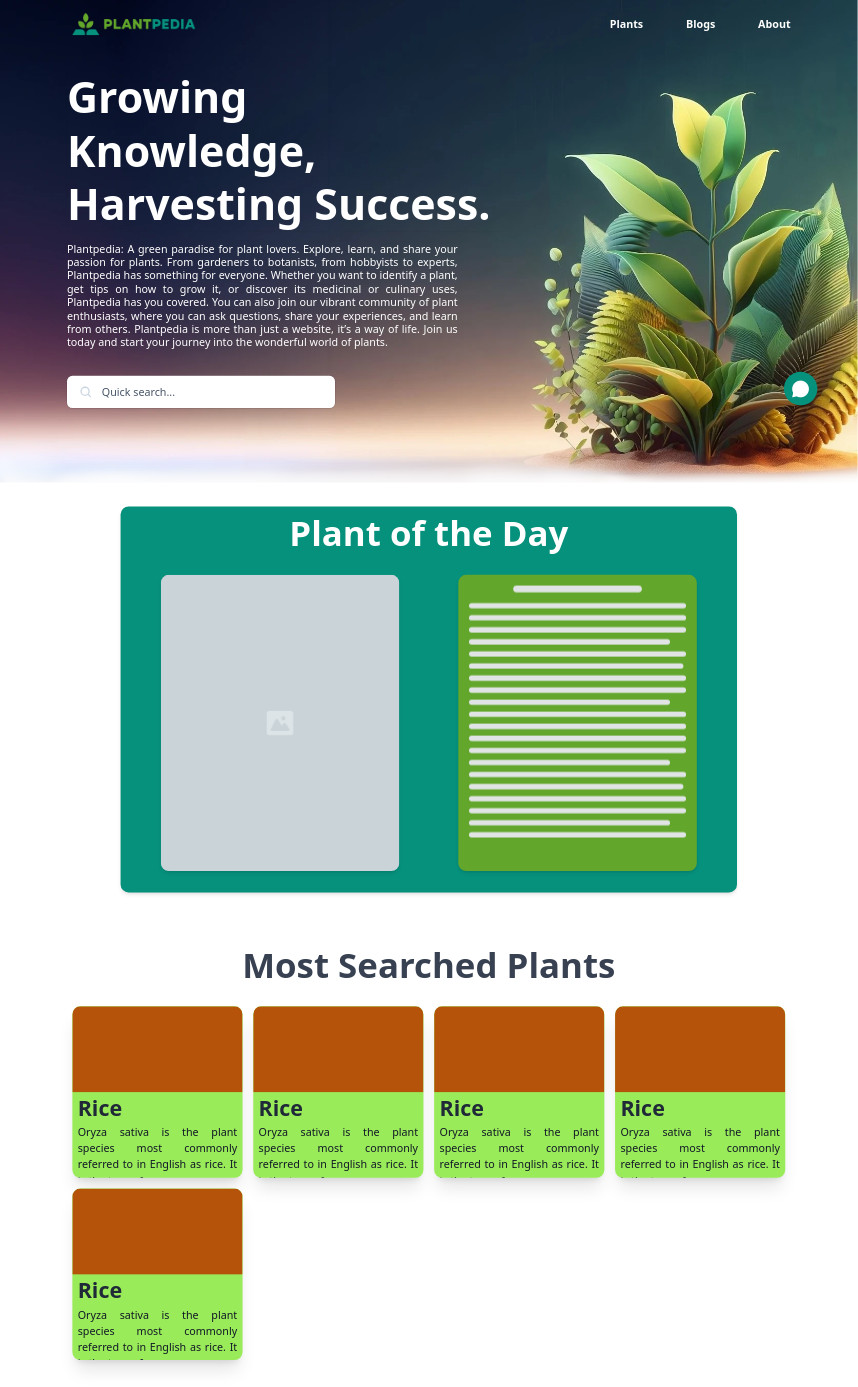
Repository: silham/PlantPedia
Page: /test/home
An editor plug-in stored every save of this project. The page is shown before and after the next save, followed by the edit.
The browser window is 1280 px wide. The pictures show the whole page, at 67% of full size.
The page's requests for data from a server got no answer. The project was rebuilt for these pictures with package versions that can differ from the ones it lists, and the page was loaded fresh each time. The framework's server and built-in components were replaced by stand-ins that run in the browser. No one was signed in, and anything a server would have sent is missing. Also part of the build but not shown: next.config.js, app/components/SearchBox.css, app/test/Chat/style.css, app/utils/Formatter.ts.

Above is the page before, as saved 2023-10-16 16:23:39.

### app/layout.tsx
import "./globals.css";
import "remixicon/fonts/remixicon.css";
import type { Metadata } from "next";

export const metadata: Metadata = {
  title: "Plantpedia",
  description: "Growing knowledge, harvesting success",
};

export default function RootLayout({
  children,
}: {
  children: React.ReactNode;
}) {
  return (
    <html lang="en">
      <head>
        <meta
          name="format-detection"
          content="telephone=no, date=no, email=no, address=no"
        />
      </head>
      <body>{children}</body>
    </html>
  );
}

### app/test/home/page.tsx
import Image from "next/image";
import Link from "next/link";
import "./styles.css";
import { MainSearchBtn, SideSearchBtn } from "./SearchBtns";
import PlantOfDay from "./PlantOfDay";
import Chat from "../Chat/Chat";
import TrendingTopics from "./TrendingTopics";

const Home = () => {
  return (
    <>
      <section className="h-[100vh] w-[100vw] px-[100px] hero bg-cover text-white">
        <header className="h-[10vh] w-full flex justify-between py-2 items-center">
          <div className="h-full flex items-center justify-center">
            <Image src="/plantpedia.png" width={200} height={90} alt="logo" />
          </div>
          <nav className="flex justify-between text-[16px] font-semibold text-white w-[25%]">
            <Link href="/plants">Plants</Link>
            <Link href="/blogs">Blogs</Link>
            <Link href="/about#">About</Link>
          </nav>
        </header>
        <div className="w-[60%] h-full">
          <div className="flex flex-col justify-center h-full">
            <h2 className="text-[64px] font-extrabold leading-tight shadow-sm mb-4 -mt-[150px]">
              Growing Knowledge,
              <br />
              Harvesting Success.
            </h2>
            <h4 className="text-[16px] text-justify leading-tight w-[90%] mb-10">
              Plantpedia: A green paradise for plant lovers. Explore, learn, and
              share your passion for plants. From gardeners to botanists, from
              hobbyists to experts, Plantpedia has something for everyone.
              Whether you want to identify a plant, get tips on how to grow it,
              or discover its medicinal or culinary uses, Plantpedia has you
              covered. You can also join our vibrant community of plant
              enthusiasts, where you can ask questions, share your experiences,
              and learn from others. Plantpedia is more than just a website,
              it’s a way of life. Join us today and start your journey into the
              wonderful world of plants.
            </h4>
            <MainSearchBtn />
          </div>
        </div>
      </section>

      <section className="w-[100vw] px-[180px]">
        <PlantOfDay />
      </section>

      <section className="w-[100vw] px-[100px]">
        <TrendingTopics />
      </section>
      <SideSearchBtn />
      <Chat />
    </>
  );
};

export default Home;

### app/globals.css
@import url("https://fonts.googleapis.com/css2?family=Inter:wght@400;500;600&family=Poppins:wght@400;500;600&display=swap");
@tailwind base;
@tailwind components;
@tailwind utilities;

body {
  padding: 0;
  margin: 0;
  max-width: 100vw;
  overflow-x: hidden;
}

@layer utilities {
  .animation-delay-200 {
    animation-delay: 0.2s;
  }
  .animation-delay-400 {
    animation-delay: 0.4s;
  }
}

.circle {
  @apply w-2 h-2 mx-1 mb-0.5 mt-1 bg-gray-500 rounded-full;
}

### app/test/home/styles.css
.hero {
  background-image: url("/hero-bg.png");
}

.animate-sideSearchBtn-in {
  animation: animation-search-in 500ms ease-in forwards;
}

@keyframes animation-search-in {
  0% {
    opacity: 0;
    right: 0;
  }
  100% {
    opacity: 1;
    right: 60px;
  }
}

.animate-sideSearchBtn-out {
  animation: animation-search-out 500ms ease-out forwards;
}

@keyframes animation-search-out {
  0% {
    opacity: 1;
    right: 60px;
  }
  100% {
    opacity: 0;
    right: 0;
  }
}

### app/test/home/SearchBtns.tsx
"use client";
import SearchBox from "@/app/components/SearchBox";
import { useEffect, useRef } from "react";
import "./styles.css";

export const MainSearchBtn: React.FC = () => {
  const overlayRef = useRef<HTMLDivElement>(null);

  // This function is called when the "Start Searching" button gets clicked
  const openSearch = () => {
    if (overlayRef.current) {
      overlayRef.current.style.width = "100%";
    }
  };

  // This function is called when the "Close" button is clicked
  const closeSearch = () => {
    if (overlayRef.current) {
      overlayRef.current.style.width = "0%";
    }
  };
  return (
    <>
      <div>
        <button
          onClick={openSearch}
          type="button"
          className="hidden sm:flex items-center w-[400px] text-left space-x-3 px-4 h-12 bg-white ring-1 ring-slate-900/10 hover:ring-slate-300 focus:outline-none focus:ring-2 focus:ring-sky-500 shadow-sm rounded-lg text-slate-600"
        >
          <svg
            width="24"
            height="24"
            fill="none"
            stroke="currentColor"
            strokeWidth="2"
            strokeLinecap="round"
            strokeLinejoin="round"
            className="flex-none text-slate-300 dark:text-slate-400"
            aria-hidden="true"
          >
            <path d="m19 19-3.5-3.5"></path>
            <circle cx="11" cy="11" r="6"></circle>
          </svg>
          <span className="flex-auto">Quick search...</span>
        </button>
      </div>
      {/* The search overlay */}
      <div
        ref={overlayRef}
        className="flex h-[100vh] max-h-[100vh] w-0 fixed top-0 left-0 bg-black bg-opacity-90 duration-500 overflow-hidden z-10 "
      >
        <button
          className="absolute top-[20px] right-10 text-[60px] border-none bg-transparent cursor-pointer text-white"
          onClick={closeSearch}
        >
          &times;
        </button>
        <div className="relative top-[15%] w-full text-center mt-[30px] ">
          <SearchBox
            props={{
              n: 8,
              content: "",
              className:
                "relative w-[88%] flex justify-between items-center mx-[80px] rounded-full bg-[#EEF5B1] text-black",
              classNameUl:
                "absolute top-full left-0 right-0 z-10 bg-[#EEF5B1] rounded-lg shadow-lg overflow-hidden mt-[3px]",
              classNameLi: "border-b-[1px] border-gray-400",
              classNameLink:
                "px-4 py-2 hover:bg-gray-400 transition-colors flex flex-row justify-between items-center",
            }}
          />
        </div>
      </div>
    </>
  );
};

export const SideSearchBtn: React.FC = () => {
  const overlayRef = useRef<HTMLDivElement>(null);

  // This function is called when the "Start Searching" button gets clicked
  const openSearch = () => {
    if (overlayRef.current) {
      overlayRef.current.style.width = "100%";
    }
  };

  // This function is called when the "Close" button is clicked
  const closeSearch = () => {
    if (overlayRef.current) {
      overlayRef.current.style.width = "0%";
    }
  };
  useEffect(() => {
    const handleScroll = () => {
      const sideSearchBtn = document.getElementById("sideSearchBtn");
      var vh = window.innerHeight;
      var scrollHeight = window.scrollY;
      if (
        scrollHeight < vh * 0.2 &&
        sideSearchBtn?.classList.contains("animate-sideSearchBtn-in")
      ) {
        sideSearchBtn.classList.remove("animate-sideSearchBtn-in");
        sideSearchBtn.classList.add("animate-sideSearchBtn-out");
      }
      if (scrollHeight >= vh * 0.2) {
        sideSearchBtn?.classList.remove("animate-sideSearchBtn-out");
        sideSearchBtn?.classList.add("animate-sideSearchBtn-in");
      }
    };

    window.addEventListener("scroll", handleScroll);

    // Cleanup function to remove the event listener
    return () => {
      window.removeEventListener("scroll", handleScroll);
    };
  }, []); // Empty dependency array means this effect runs once on mount and cleanup on unmount

  return (
    <>
      <div
        id="sideSearchBtn"
        className="fixed bottom-[50px] right-0 opacity-0 rounded-full bg-custom-blue-green shadow-xl w-[50px] h-[50px] flex items-center justify-center cursor-pointer"
        onClick={openSearch}
      >
        <i className="text-[24px] text-white ri-search-2-line"></i>
      </div>
      {/* The search overlay */}
      <div
        ref={overlayRef}
        className="flex h-[100vh] max-h-[100vh] w-0 fixed top-0 left-0 bg-black bg-opacity-90 duration-500 overflow-hidden z-10 "
      >
        <button
          className="absolute top-[20px] right-10 text-[60px] border-none bg-transparent cursor-pointer text-white"
          onClick={closeSearch}
        >
          &times;
        </button>
        <div className="relative top-[15%] w-full text-center mt-[30px] ">
          <SearchBox
            props={{
              n: 8,
              content: "",
              className:
                "relative w-[88%] flex justify-between items-center mx-[80px] rounded-full bg-[#EEF5B1] text-black",
              classNameUl:
                "absolute top-full left-0 right-0 z-10 bg-[#EEF5B1] rounded-lg shadow-lg overflow-hidden mt-[3px]",
              classNameLi: "border-b-[1px] border-gray-400",
              classNameLink:
                "px-4 py-2 hover:bg-gray-400 transition-colors flex flex-row justify-between items-center",
            }}
          />
        </div>
      </div>
    </>
  );
};

### app/test/home/TrendingTopics.tsx
import React from "react";
import PlantCard from "./PlantCard";

const TrendingTopics = () => {
  return (
    <div className="flex w-full py-8 flex-col">
      <div className="w-full flex justify-center">
        <h3 className="text-[52px] text-gray-700 font-black">
          Most Searched Plants
        </h3>
      </div>
      <div className="w-full flex flex-wrap mt-4">
        <PlantCard />
        <PlantCard />
        <PlantCard />
        <PlantCard />
        <PlantCard />
      </div>
    </div>
  );
};

export default TrendingTopics;

### app/components/SearchBox.tsx
"use client";
import Link from "next/link";
import { useEffect, useRef, useState } from "react";
import "./SearchBox.css";
import UrlGen from "../utils/SlugGen";

interface Props {
  props: {
    content: string;
    className: string;
    classNameUl: string;
    classNameLi: string;
    classNameLink: string;
    n: number;
  };
}

function SearchBox({ props }: Props) {
  const [searchTerm, setSearchTerm] = useState("");
  const [results, setResults] = useState([
    {
      id: "",
      common_name: "",
      scientific_name: "",
      type: "",
    },
  ]);
  const [isFocused, setIsFocused] = useState(false);
  const containerRef = useRef<HTMLDivElement>(null);
  const searchRef = useRef<HTMLInputElement>(null);

  let type = "";
  let term = "";
  const handleChange = async () => {
    if (searchRef.current !== null) {
      term = searchRef.current.value;
    }
    setSearchTerm(term);
    if (term.length > 0) {
      try {
        const res = await fetch(
          `http://localhost:3000/api/searchbar?q=${term}&type=${type}`
        );
        const data = await res.json();
        console.log(data);
        setResults(data);
        console.log(results);
      } catch (error) {
        console.log(error);
      }
    }
  };

  const clearSearch = () => {
    if (searchRef.current !== null) {
      searchRef.current.value = "";
    }

    setSearchTerm("");
    handleChange();
  };

  const handleFocus = () => {
    setIsFocused(true);
  };

  const handleBlur = () => {
    setTimeout(() => {
      setIsFocused(false);
    }, 500);
  };

  const handleClickOutside = (event: MouseEvent) => {
    if (
      containerRef.current &&
      !containerRef.current.contains(event.target as Node)
    ) {
      setIsFocused(false);
    }
  };

  useEffect(() => {
    document.addEventListener("mousedown", handleClickOutside);
    return () => {
      document.removeEventListener("mousedown", handleClickOutside);
    };
  }, []);

  useEffect(() => {
    if (searchRef.current) {
      searchRef.current.value = props.content;
      setSearchTerm(props.content);
    }
  }, []);

  return (
    <div className={props.className} ref={containerRef}>
      <input
        type="text"
        spellCheck="false"
        placeholder="Search for plants, plant disease & solutions and blogs..."
        className="w-[95%] h-[40px] focus:outline-none px-[15px] bg-transparent"
        maxLength={200}
        value={searchTerm}
        onChange={handleChange}
        id="searchBar"
        onFocus={handleFocus}
        onBlur={handleBlur}
        ref={searchRef}
        autoComplete="off"
        autoFocus
      />
      <div
        className="bg-black w-[32px] h-[32px] rounded-full mr-[4px] flex justify-center items-center cursor-pointer"
        onClick={clearSearch}
      >
        <i
          className={`text-[22px] text-white ${
            searchTerm ? "ri-close-line" : "ri-search-2-line"
          }`}
        ></i>
      </div>
      {searchTerm && isFocused && (
        <ul className={props.classNameUl}>
          <li className={props.classNameLi}>
            <Link
              href={`/api/search?q=${searchTerm}`}
              className={props.classNameLink}
            >
              {searchTerm}
            </Link>
          </li>
          {results[0].id != "" &&
            results.slice(0, props.n).map(
              (
                result: {
                  id: string;
                  type: string;
                  common_name: string;
                  scientific_name: string;
                },
                index
              ) => (
                <li key={index} className={props.classNameLi}>
                  <Link
                    href={UrlGen(
                      result.type.toLowerCase(),
                      result.scientific_name
                    )}
                    className={props.classNameLink}
                  >
                    <div className="flex">
                      <h4 className="font-semibold">{result.common_name}</h4>
                      <h5 className="text-gray-700 italic">
                        &nbsp;&#40;{result.scientific_name}&#41;
                      </h5>
                    </div>
                    <div
                      className={`rounded-full px-[7px] text-[12px] capitalize ${
                        result.type == "PLANTS"
                          ? "bg-green-400"
                          : result.type == "PESTS"
                          ? "bg-red-400"
                          : result.type == "BLIGHTS"
                          ? "bg-red-400"
                          : result.type == "PESTICIDES"
                          ? "bg-yellow-400"
                          : "bg-blue-400"
                      }`}
                    >
                      {result.type.toLowerCase()}
                    </div>
                  </Link>
                </li>
              )
            )}
        </ul>
      )}
    </div>
  );
}

export default SearchBox;

### app/utils/TextShorter.tsx
const TextShorter = (text: string, letters: number) => {
  if (text.length > letters) {
    return text.slice(0, letters - 2) + "...";
  } else {
    return text;
  }
};

export default TextShorter;

### app/utils/SlugGen.ts
const UrlGen = (type: string,scientific_name: string) => {
    let slug = scientific_name.replace(/ /g, "-").toLowerCase();
    let url = "/" + type.toLowerCase() + "/" + slug
    return url
}

export default UrlGen

### app/test/home/PlantCard.tsx
import TextShorter from "@/app/utils/TextShorter";
import Link from "next/link";
import React from "react";

const PlantCard = () => {
  return (
    <div className="w-[25%] p-2">
      <Link href="#">
        <div className="w-full h-64 bg-[#9AEB59] rounded-xl shadow-xl overflow-hidden cursor-pointer hover:scale-105 duration-150 ease-in-out">
          <div className="w-full h-1/2 bg-amber-700"></div>
          <div className="w-full h-1/2 px-2">
            <h5 className="text-gray-800 font-black text-[32px]">Rice</h5>
            <p className="text-gray-900 font-medium text-[16px] text-justify">
              {TextShorter(
                "Oryza sativa is the plant species most commonly referred to in English as rice. It is the type of farmed rice whose cultivars are most common globally, and was first domesticated in the Yangtze River basin in China 13,500 to 8,200 years ago.",
                100
              )}
            </p>
          </div>
        </div>
      </Link>
    </div>
  );
};

export default PlantCard;

### tailwind.config.ts
import type { Config } from 'tailwindcss'

const config: Config = {
  content: [
    './pages/**/*.{js,ts,jsx,tsx,mdx}',
    './components/**/*.{js,ts,jsx,tsx,mdx}',
    './app/**/*.{js,ts,jsx,tsx,mdx}',
  ],
  theme: {
    extend: {
      backgroundImage: {
        'gradient-radial': 'radial-gradient(var(--tw-gradient-stops))',
        'gradient-conic':
          'conic-gradient(from 180deg at 50% 50%, var(--tw-gradient-stops))',
      },
      colors:{
        'custom-green': '#62A72B',
        'custom-blue-green': '#06917D',
      },
      animation: {
        loader: 'loader 0.6s infinite alternate'
      },
      keyframes: {
        loader: {
          to: {
            opacity: "0.1",
            transform: 'translate3d(0, -0.3rem, 0)'
          }
        }
      }
    },
  },
  plugins: [],
}
export default config

Loaded but not shown: app/test/Chat/Chat.tsx (199 lines, source omitted); app/test/home/PlantOfDay.tsx (139 lines, source omitted)

After the next save:
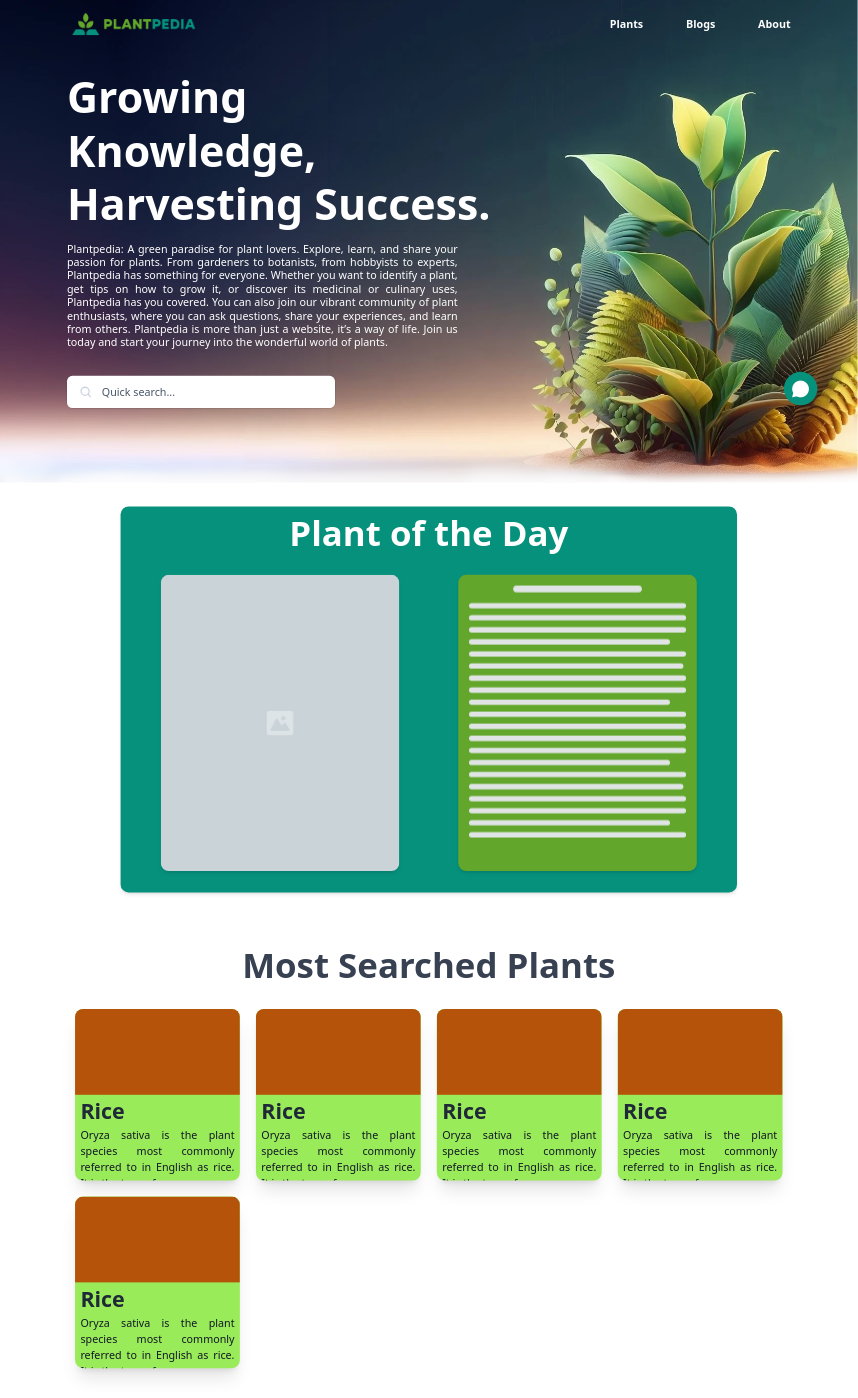
Saved 39 s later.
--- a/app/test/home/PlantCard.tsx
+++ b/app/test/home/PlantCard.tsx
@@ -4,7 +4,7 @@ import React from "react";
 
 const PlantCard = () => {
   return (
-    <div className="w-[25%] p-2">
+    <div className="w-[25%] p-3">
       <Link href="#">
         <div className="w-full h-64 bg-[#9AEB59] rounded-xl shadow-xl overflow-hidden cursor-pointer hover:scale-105 duration-150 ease-in-out">
           <div className="w-full h-1/2 bg-amber-700"></div>
